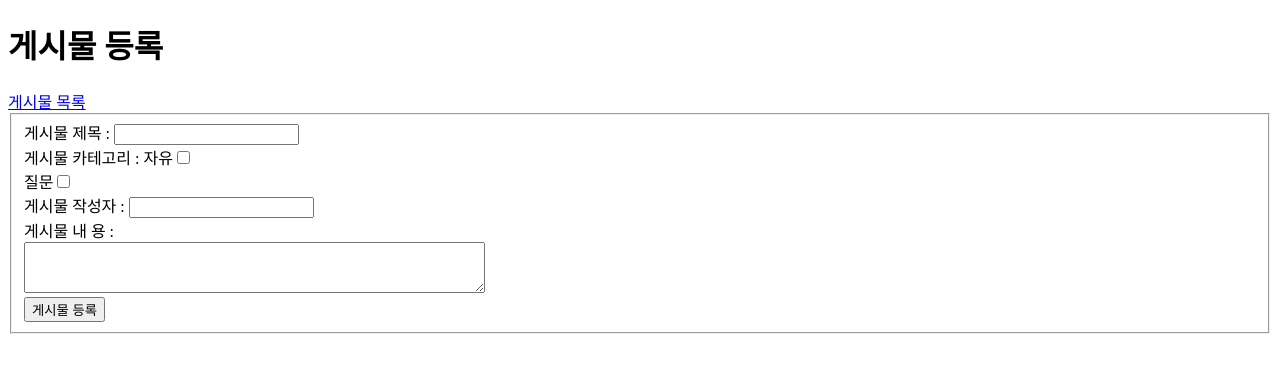
Repository: syc98syc/KB04_TeamProject
Page: http://localhost/jgig/WEB-INF/jsp/board/insert_form.jsp
An editor plug-in stored every save of this project. The page is shown before and after the next save, followed by the edit.
The browser window is 1280 px wide. The pictures show the whole page.
The page is served by Tomcat 9. Nobody is signed in. Other server files are loaded and not shown. The template is opened directly, without the code that normally fills it, so the values that code supplies are empty.

Above is the page before, as saved 2023-09-05 00:23:52.

### jgig/src/main/webapp/WEB-INF/jsp/board/insert_form.jsp
<%@ page language="java" contentType="text/html; charset=UTF-8"
    pageEncoding="UTF-8"%>
<!DOCTYPE html>
<html>
<head>
<meta charset="UTF-8">
<title>게시물 등록</title>
</head>
<body>
	<h1>게시물 등록</h1>
	<a href="board_list">게시물 목록</a> <br>
	<form action="board_insert_action" method="post">
		<fieldset>
			게시물 제목 : <input type="text" name="title"> <br>
			게시물 카테고리 : 자유<input type="checkbox" name="category" val="자유"> <br>
						질문<input type="checkbox" name="category" val="질문"> <br>
			게시물 작성자 : <input type="text" name="writer"> <br>
			게시물 내 용 : <br>
			<textarea rows="3" cols="55" name="content"></textarea>
			<br>
			<input type="submit" value="게시물 등록">
		</fieldset>
	</form>

</body>
</html>

After the next save:
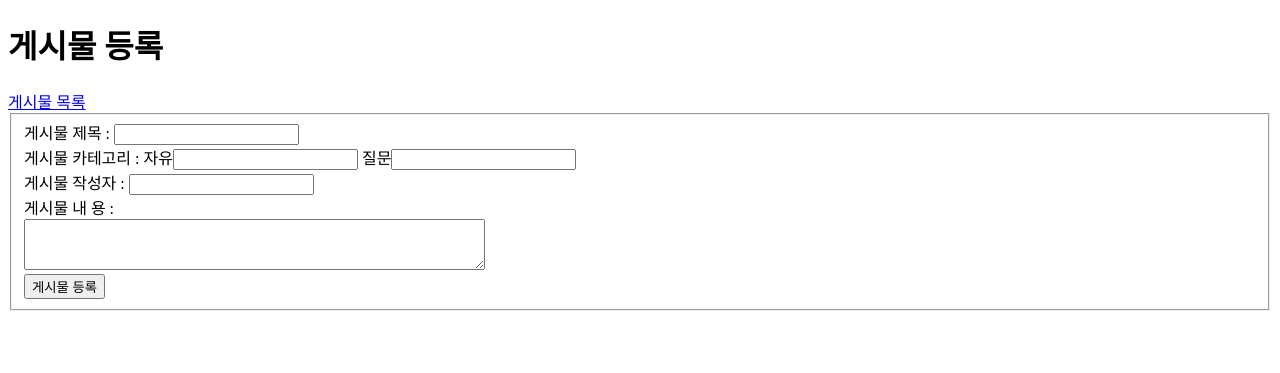
Saved 31 s later.
--- a/jgig/src/main/webapp/WEB-INF/jsp/board/insert_form.jsp
+++ b/jgig/src/main/webapp/WEB-INF/jsp/board/insert_form.jsp
@@ -12,8 +12,8 @@
 	<form action="board_insert_action" method="post">
 		<fieldset>
 			게시물 제목 : <input type="text" name="title"> <br>
-			게시물 카테고리 : 자유<input type="checkbox" name="category" val="자유"> <br>
-						질문<input type="checkbox" name="category" val="질문"> <br>
+			게시물 카테고리 : 자유<input type="radiobutton" name="category" val="자유">
+						질문<input type="radiobutton" name="category" val="질문"> <br>
 			게시물 작성자 : <input type="text" name="writer"> <br>
 			게시물 내 용 : <br>
 			<textarea rows="3" cols="55" name="content"></textarea>
